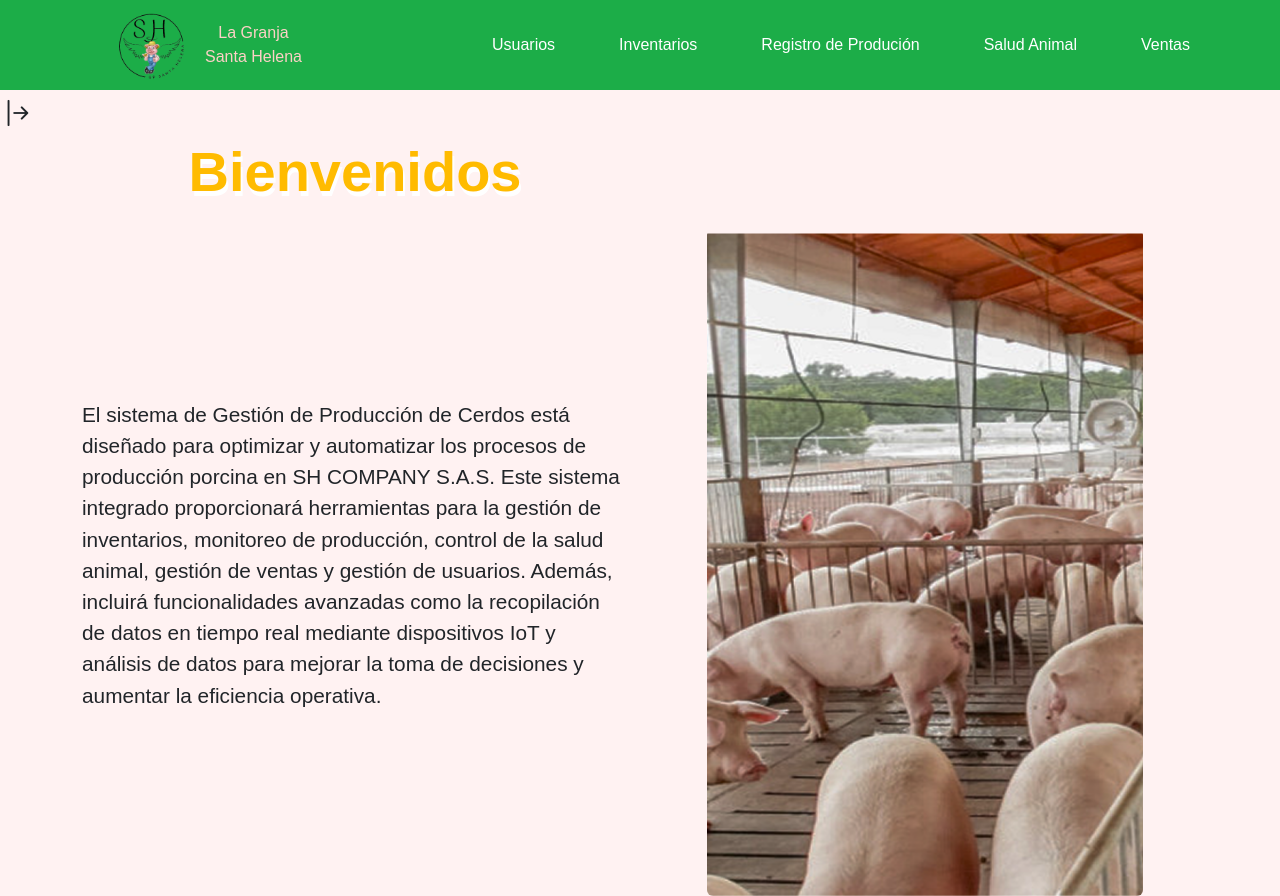
Repository: Mateojimenezz/Granja-Santa-Helena
Page: paginaDeInicio.html
An editor plug-in stored every save of this project. The page is shown before and after the next save, followed by the edit.
The browser window is 1280 px wide. The pictures show the whole page.
Some web fonts or font styles are not loaded; a fallback is used.

Above is the page before, as saved 2025-03-31 15:26:45.

After the next save:
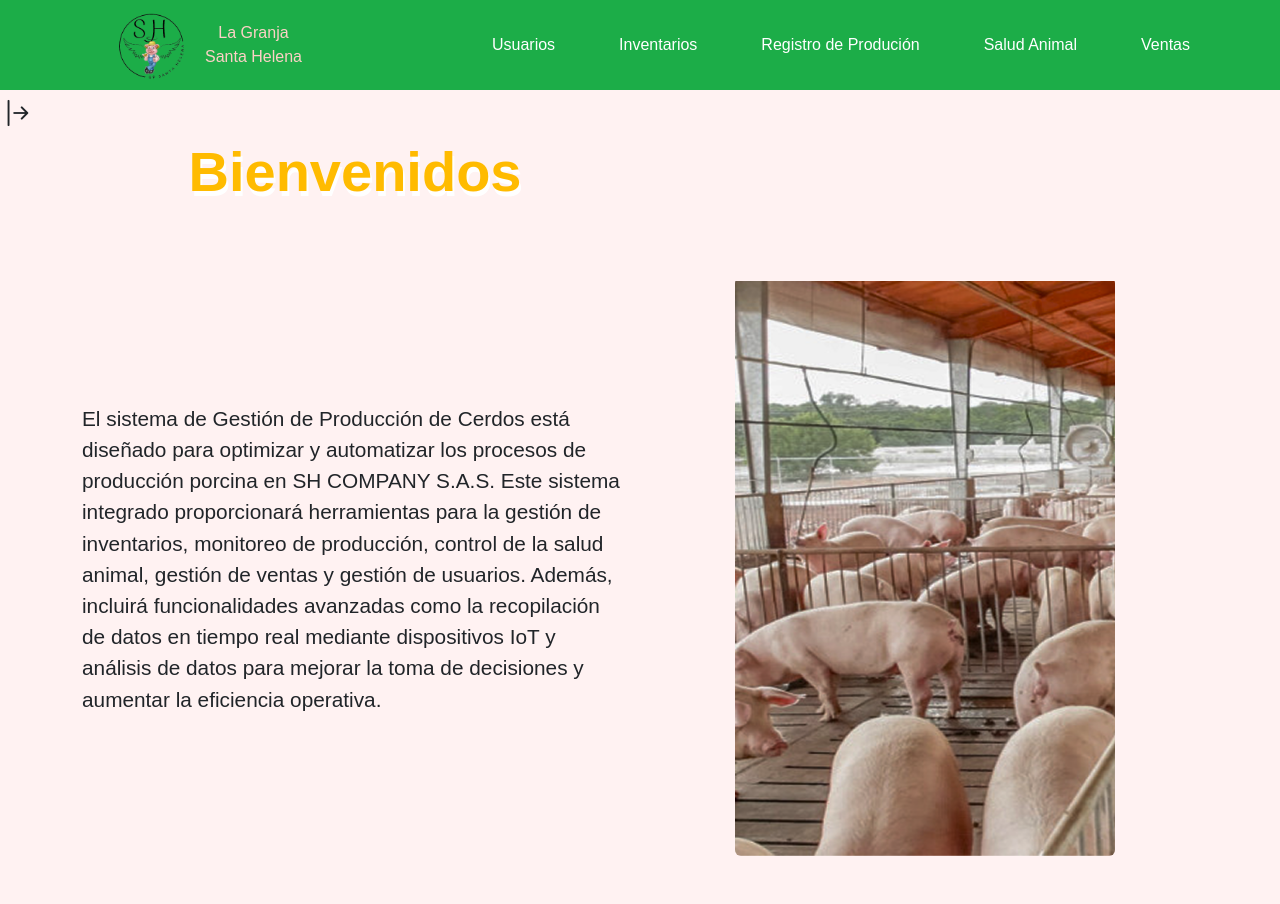
Saved 17 s later.
--- a/paginaDeInicio.html
+++ b/paginaDeInicio.html
@@ -73,7 +73,7 @@
         </p>
       </article>
       <!-- Imagen -->
-      <article class="col-12 col-lg-6 d-flex justify-content-center align-items-center ">
+      <article class="col-12 col-lg-6 d-flex justify-content-center align-items-center p-5">
         <img
           src="assets/img/Upload-5a8315b810a15-13022018 1.png"  width="80%" height="200px"
           class="img-fluid rounded"

After the save that followed:
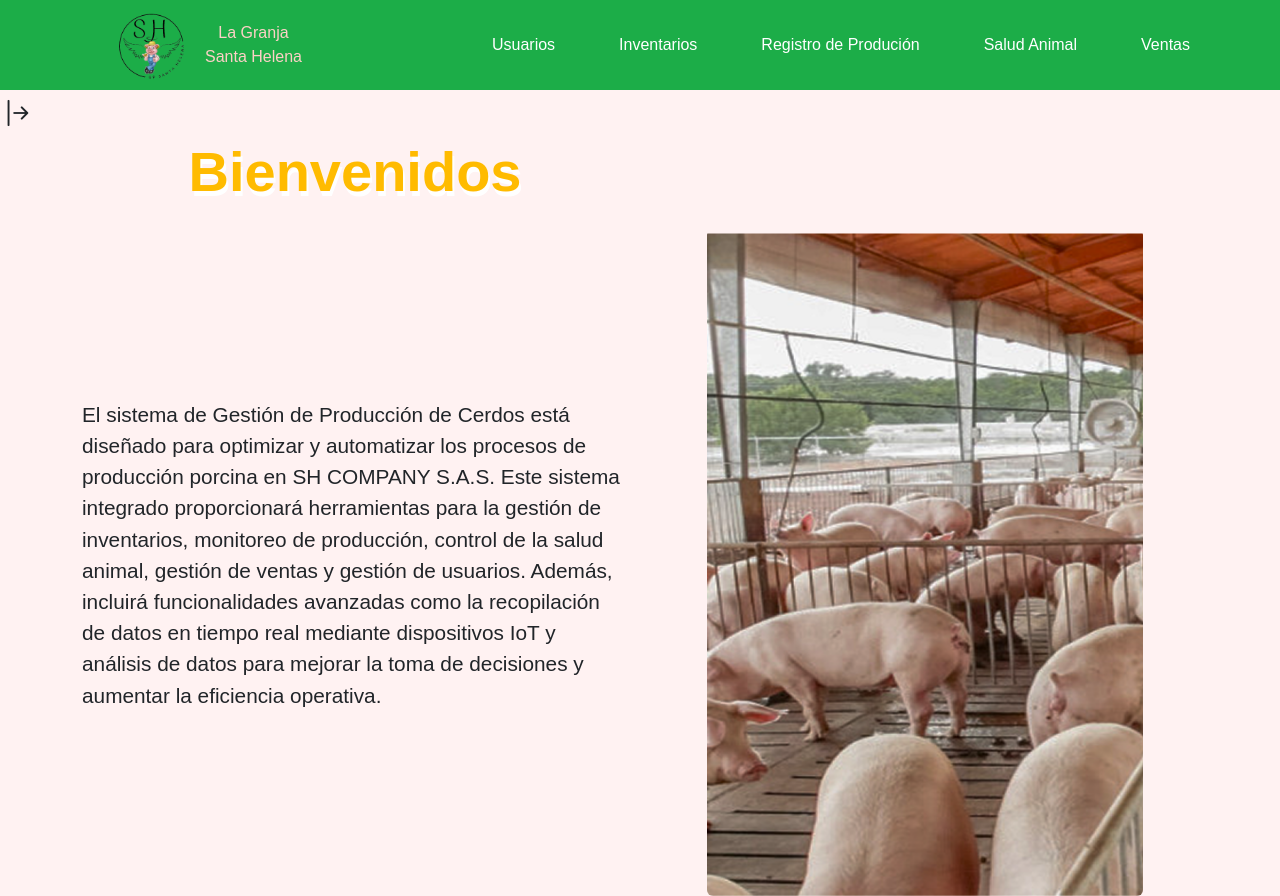
Saved 14 s later.
--- a/paginaDeInicio.html
+++ b/paginaDeInicio.html
@@ -73,7 +73,7 @@
         </p>
       </article>
       <!-- Imagen -->
-      <article class="col-12 col-lg-6 d-flex justify-content-center align-items-center p-5">
+      <article class="col-12 col-lg-6 d-flex justify-content-center align-items-center">
         <img
           src="assets/img/Upload-5a8315b810a15-13022018 1.png"  width="80%" height="200px"
           class="img-fluid rounded"
